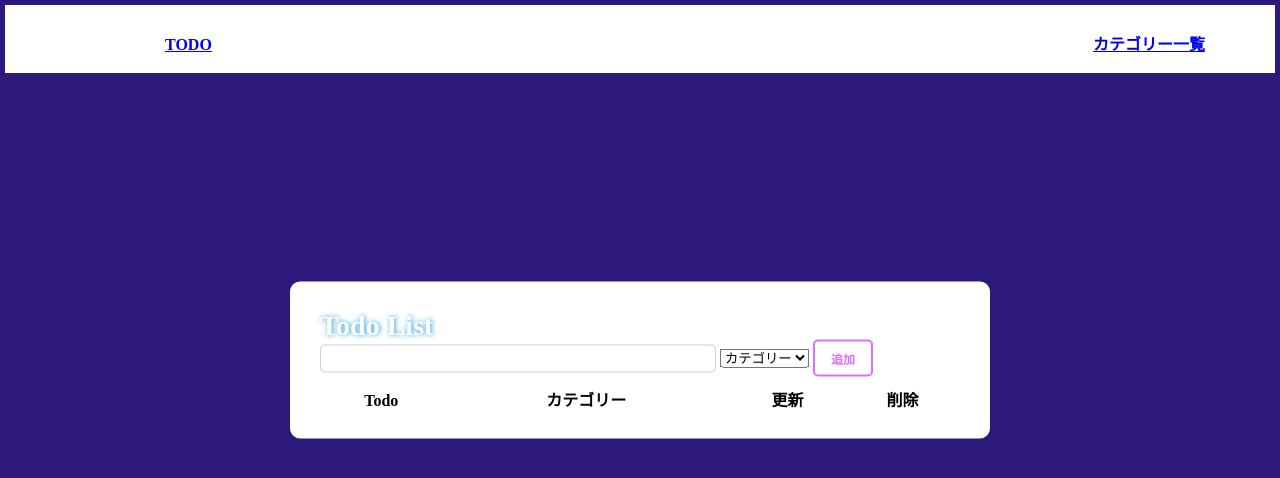
Repository: azuma2/cate
Page: http://localhost/
The author's editor kept a copy of each file at every save. The page is drawn from the files as they stood at one save, then again after a run of saves.
The browser window is 1280 px wide. The pictures show the whole page.
The page is served by the project's Laravel application, run on PHP 8.4 with Laravel 8. Queries for data that is not in the repository find no rows.

Above is the page before, as saved 2022-05-18 00:48:09.

After the next 2 saves:
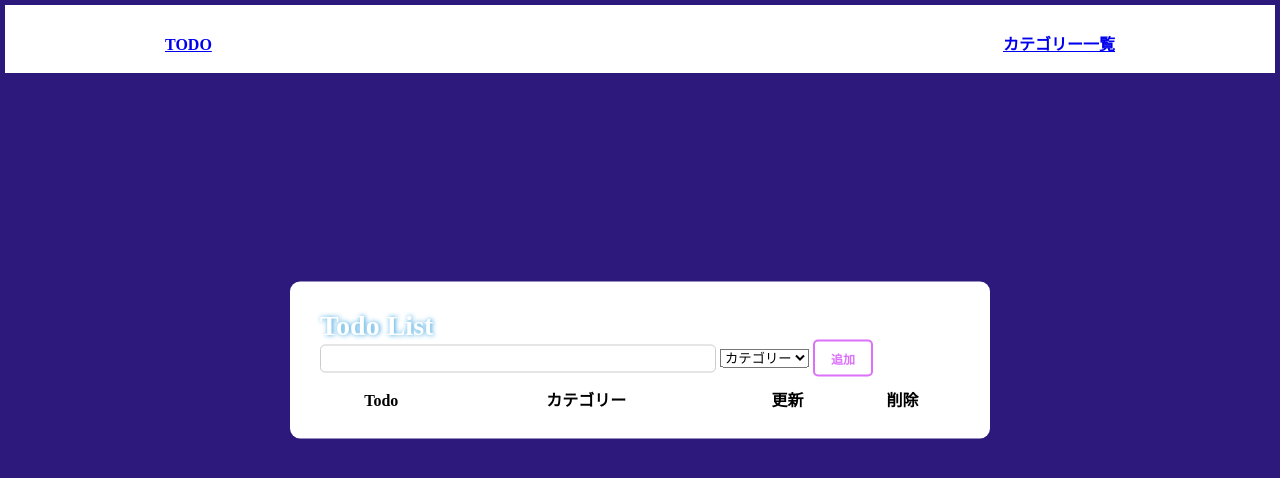
The 2 saves are shown as one change because they came seconds apart.
The last was saved 6 s later.
--- a/resources/views/index.blade.php
+++ b/resources/views/index.blade.php
@@ -49,7 +49,7 @@ header{
 .head2{
   padding: 10px;
   margin: 10px;
-  margin-left:100px;
+  margin-right:100px;
 }
 
 ul{
